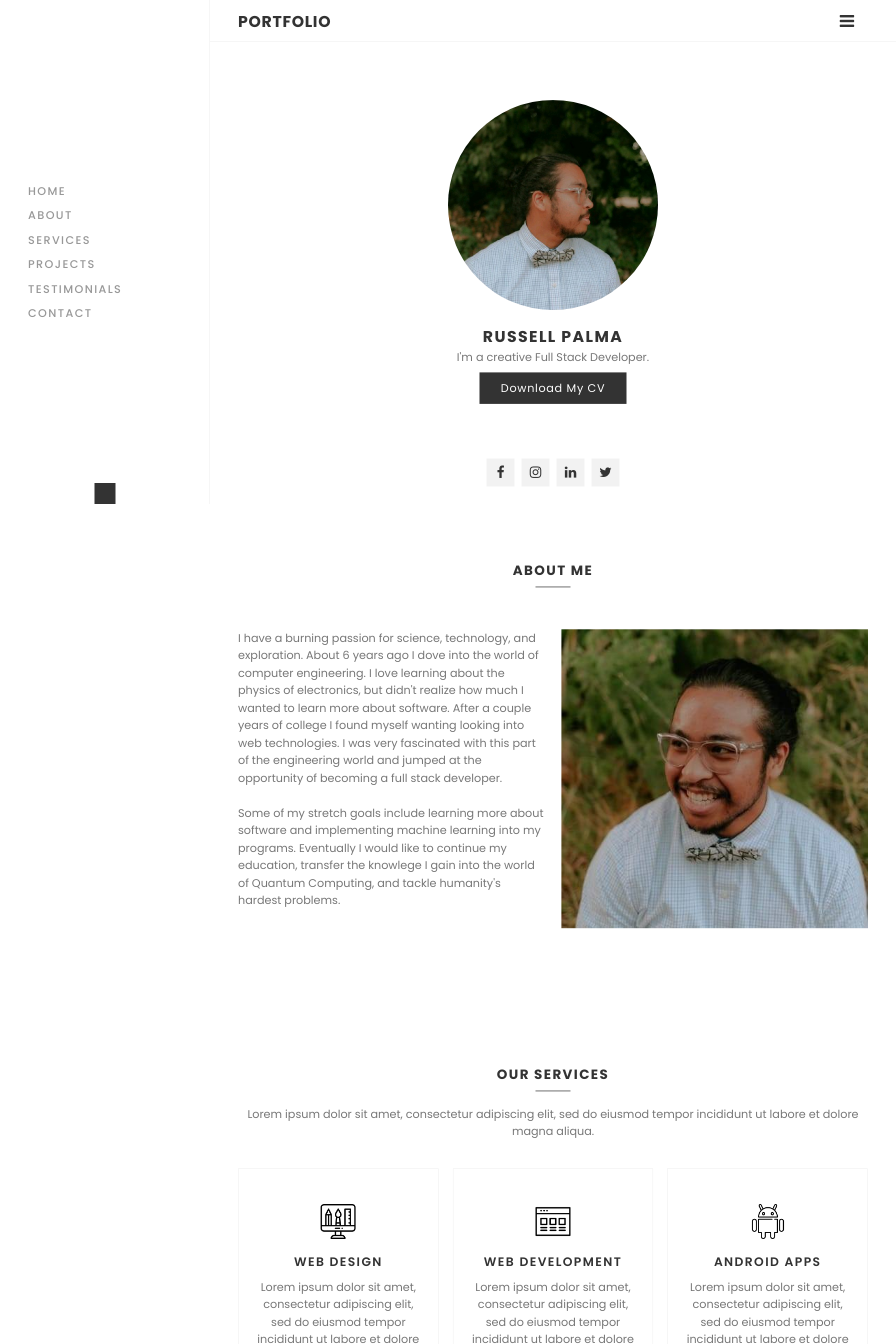
Repository: RussPalms/portforlio-1
Page: index.html
The author's editor kept a copy of each file at every save. The page is drawn from the files as they stood at one save, then again after the next save.
The browser window is 1280 px wide. The pictures show the part of the page from y = 0 to 1920 px (the page is 5693 px tall), at 70% of full size.

Above is the page before, as saved 2021-11-28 15:14:49.

After the next save:
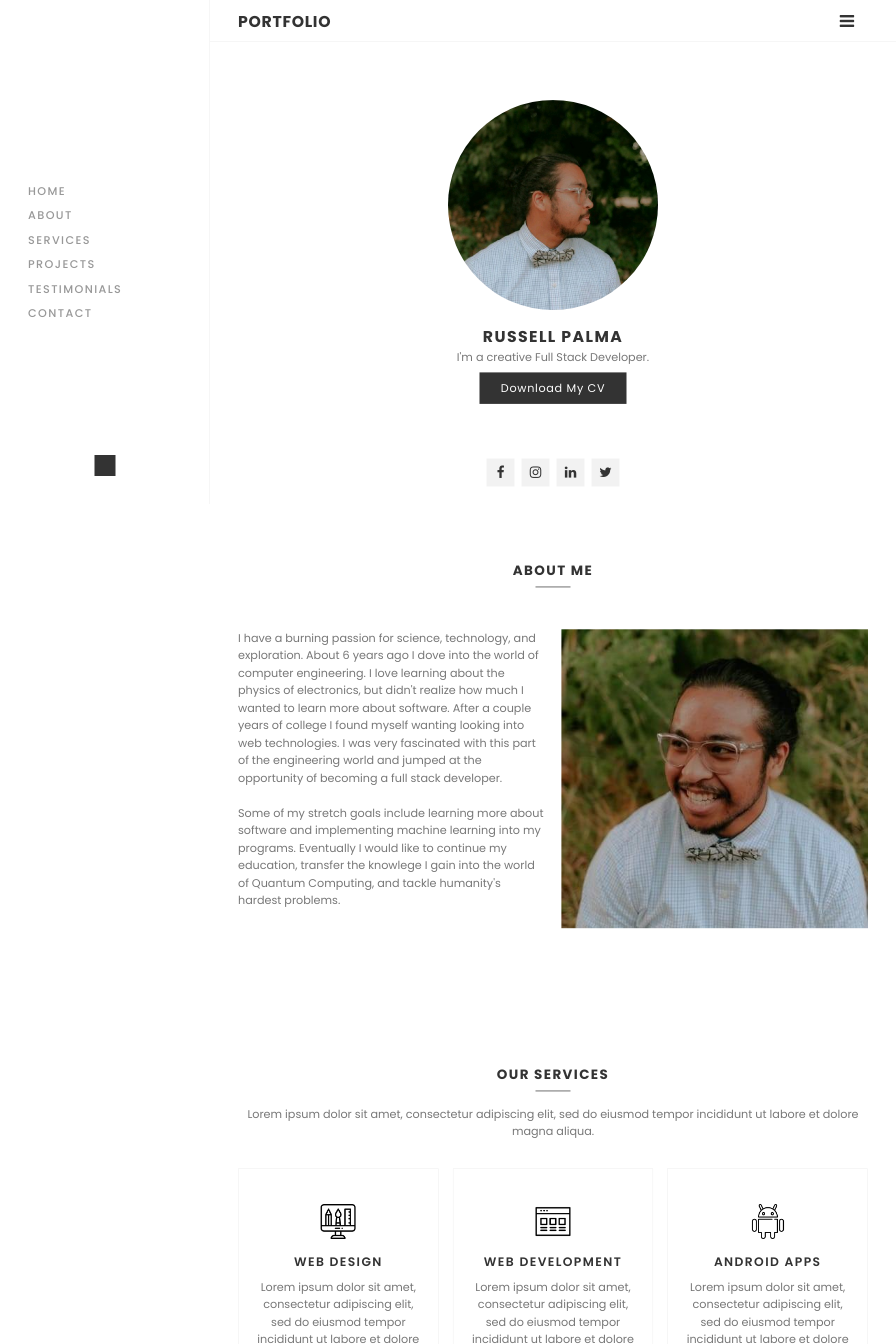
Saved 18 s later.
--- a/style.css
+++ b/style.css
@@ -511,7 +511,7 @@ p {
 
 .themeSwitch {
 	position: absolute;
-	bottom: 0;
+	bottom: 40px;
 	width: 30px;
 	height: 30px;
 	background: var(--black);
